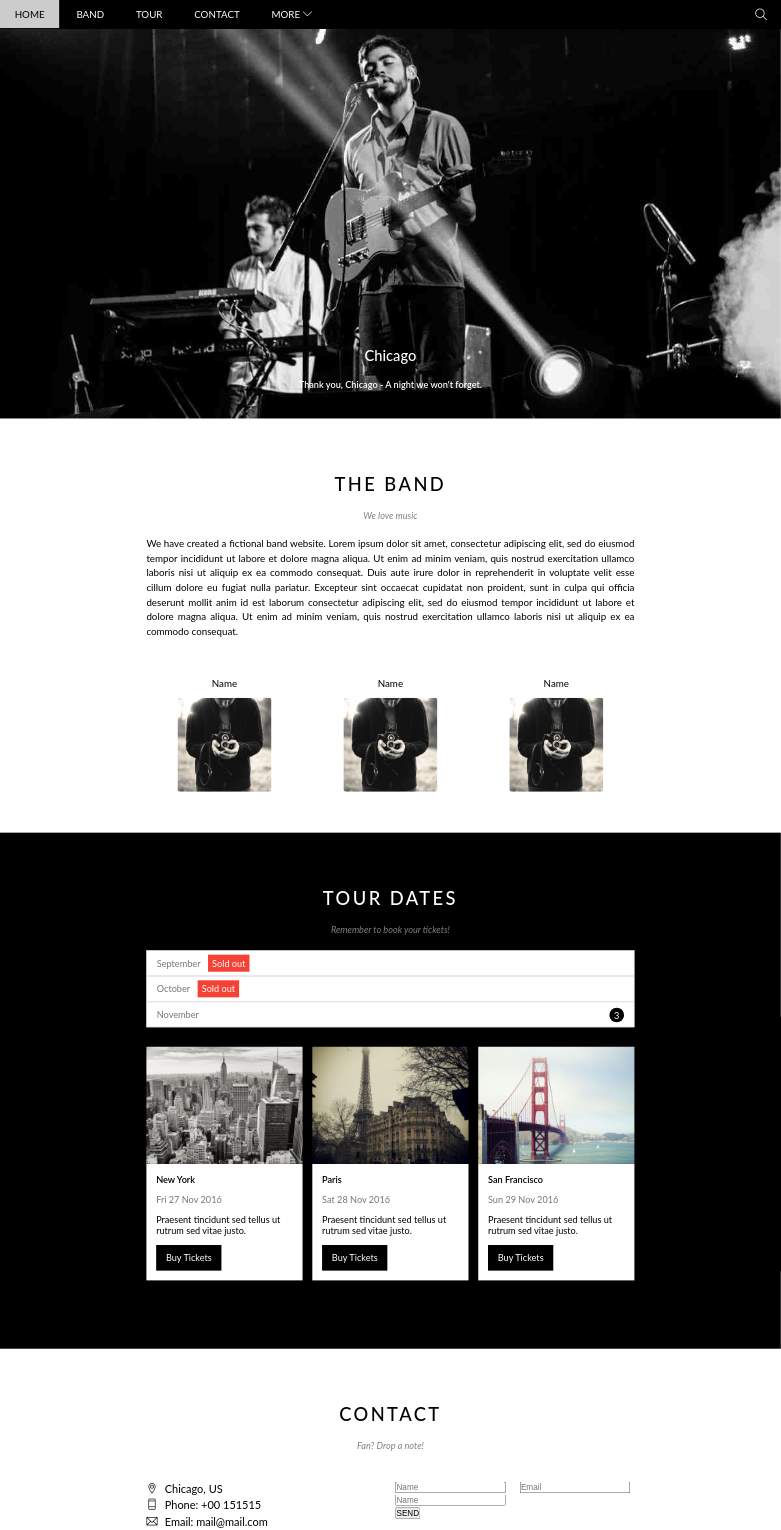
Repository: tatvanhco/web-dau-tay
Page: index.html
An editor plug-in stored every save of this project. The page is shown before and after the next save, followed by the edit.
The browser window is 1280 px wide. The pictures show the whole page, at 61% of full size.

Above is the page before, as saved 2022-01-23 21:22:33.

### index.html
<!DOCTYPE html>
<html lang="en">
<head>
    <meta charset="UTF-8">
    <!-- <meta http-equiv="X-UA-Compatible" content="IE=edge"> -->
    <meta name="viewport" content="width=device-width, initial-scale=1.0">
    <title>the band</title>
    <link rel="shortcut icon" href="./assets/img/band/logo.png" type="image/x-icon">
    <link rel="stylesheet" href="./assets/fronts/themify-icons/themify-icons.css">
    <link rel="stylesheet" href="./assets/css/style.css">
    <link rel="stylesheet" href="./assets/css/responsive.css">
</head>
<body>
    <div id="main">
        <div id="header">
            <ul id="nav">
                <li><a href="#">home</a></li>
                <li><a href="#">band</a></li>
                <li><a href="#">tour</a></li>
                <li><a href="#">contact</a></li>
                <li>
                    <a href="#">more
                        <i class="drop-down ti-angle-down"></i>
                    </a>
                    <div class="subnav">
                        <ul>
                            <li><a href="">Merchandise</a></li>
                            <li><a href="">Extras</a></li>
                            <li><a href="">Media</a></li>
                        </ul>
                    </div>
                </li>
            </ul>
            <div class="search-btn">
                <i class="search-icon ti-search"></i>
            </div>
        </div>
        <div id="slide">
            <div class="text-content">
                <h2 class="text-heading">Chicago</h2>
                <div class="text-desc">Thank you, Chicago - A night we won't forget.</div>
            </div>
        </div>
        <div id="content">
            <div class="content-section">
                <h2 class="section-heading">THE BAND</h2>
                <p class="section-sub-heading">We love music</p>
                <p class="about">
                    We have created a fictional band website. Lorem ipsum dolor sit amet, consectetur adipiscing elit, sed do eiusmod tempor incididunt ut labore et dolore magna aliqua. Ut enim ad minim veniam, quis nostrud exercitation ullamco laboris nisi ut aliquip ex ea commodo consequat. Duis aute irure dolor in reprehenderit in voluptate velit esse cillum dolore eu fugiat nulla pariatur. Excepteur sint occaecat cupidatat non proident, sunt in culpa qui officia deserunt mollit anim id est laborum consectetur adipiscing elit, sed do eiusmod tempor incididunt ut labore et dolore magna aliqua. Ut enim ad minim veniam, quis nostrud exercitation ullamco laboris nisi ut aliquip ex ea commodo consequat.
                </p>
                <div class="row team">
                    <div class="col col-3 text-center">
                        <p class="team-name">Name</p>
                        <img src="./assets/img/band/member.jpg" class="team-img">
                    </div>

                    <div class="col col-3 text-center">
                        <p class="team-name">Name</p>
                        <img src="./assets/img/band/member.jpg" class="team-img">
                    </div>

                    <div class="col col-3 text-center">
                        <p class="team-name">Name</p>
                        <img src="./assets/img/band/member.jpg" class="team-img">
                    </div>
                </div>
                <div class="clear"></div>
            </div>

            <div class="tour-section">
                <div class="content-section">
                    <h2 class="text-white section-heading">TOUR DATES</h2>
                    <p class="text-white section-sub-heading">Remember to book your tickets!</p>
                    <ul class="ticket-list">
                        <li>September<span class="soldout">Sold out</span></li>
                        <li>October<span class="soldout">Sold out</span></li>
                        <li>November<span class="quatity">3</span></li>
                    </ul>
                    <div class="row place-list">
                        <div class="col col-3">
                            <img src="./assets/img/places/place1.jpg" class="place-img">
                            <div class="place-body">
                                <h3 class="place-heading">New York</h3>
                                <p class="place-time">Fri 27 Nov 2016</p>
                                <p class="place-desc">Praesent tincidunt sed tellus ut rutrum sed vitae justo.</p>
                                <a href="#" class="place-buy-btn">Buy Tickets</a>
                            </div>
                        </div>
                        <div class="col col-3">
                            <img src="./assets/img/places/place2.jpg" class="place-img">
                            <div class="place-body">
                                <h3 class="place-heading">Paris</h3>
                                <p class="place-time">Sat 28 Nov 2016</p>
                                <p class="place-desc">Praesent tincidunt sed tellus ut rutrum sed vitae justo.</p>
                                <a href="#" class="place-buy-btn">Buy Tickets</a>
                            </div>
                        </div>
                        <div class="col col-3">
                            <img src="./assets/img/places/place3.jpg" class="place-img">
                            <div class="place-body">
                                <h3 class="place-heading">San Francisco</h3>
                                <p class="place-time">Sun 29 Nov 2016</p>
                                <p class="place-desc">Praesent tincidunt sed tellus ut rutrum sed vitae justo.</p>
                                <a href="#" class="place-buy-btn">Buy Tickets</a>
                            </div>
                        </div>
                        <div class="clear"></div>
                    </div>
                </div>
            </div>

            <div class="content-section">
                <h2 class="section-heading">CONTACT</h2>
                <p class="section-sub-heading">Fan? Drop a note!</p>
                <div class="row contact-content">
                    <div class="col col-2 contact-info">
                        <p><i class="ti-location-pin"></i>Chicago, US</p>
                        <p><i class="ti-mobile"></i>Phone: +00 151515</p>
                        <p><i class="ti-email"></i>Email: mail@mail.com</p>
                    </div>
                    <div class="col col-2">
                        <form action="">
                            <div class="row">
                                <div class="col col-2">
                                    <input type="text" placeholder="Name" class="form-control">
                                </div>
                                <div class="col col-2">
                                    <input type="email" placeholder="Email" class="form-control">
                                </div>
                            </div>
                            <div class="row">
                                <div class="col col-full">
                                    <input type="text" placeholder="Name" class="form-control">
                                </div>
                            </div>
                            <input type="submit" value="SEND">
                        </form>
                    </div>
                </div>
            </div>

        </div>

        <div id="footer">

        </div>
    </div>
</body>
</html>

### assets/css/style.css
/* reset trang */
* {
    margin: 0;
    padding: 0;
    box-sizing: border-box;
}

body {
    font-family: "Lato", sans-serif;
}
/* dùng chung */
.clear {
    clear: both;
}

.text-white {
    color: #fff !important;
}

.text-center {
    text-align: center;
}

.row {
    margin-left: -8px;
    margin-right: -8px;
}

.col {
    float: left;
    padding-left: 8px;
    padding-right: 8px;
}

.col-3 {
    width: 33.33333%;
}

.col-2 {
    width: 50%;
}

.col-full {
    width: 100%;
}
/* css từng thành phần */
#header {
    width: 100%;
    height: 46px;
    background-color: #000;
    position: fixed;
    top: 0;
    left: 0;
    right: 0;
    z-index: 1;
}
#nav {
    display: inline-block;
}

#nav > li {
    display: inline-block;
}

#nav li {
    position: relative;
    list-style-type: none;
}

#nav > li > a {
    color: #fff;
    text-transform: uppercase;
}

#nav li a {
    text-decoration: none;
    padding: 0 24px;
    line-height: 46px;
    display: block;

}

#nav li:hover .subnav {
    display: block;
}

#nav .subnav li:hover a,
#nav > li:hover > a {
    background-color: #ccc;
    color: #000;
}

#nav .subnav {
    display: none;
    min-width: 160px;
    position: absolute;
    top: 100%;
    left: 0;
    background-color: #fff;
    box-shadow: 0 0 10px rgba(0, 0, 0, 0.3);
}

#nav .subnav a {
    color: #000;
    padding: 0px 24px;
    line-height: 38px;
}

#header .search-btn {
    float: right;
    padding: 0 22px;
    cursor: pointer;
}

#header .search-btn:hover {
    background-color: #f44336;
}

#header .search-icon {
    color: #fff;
    font-size: 20px;
    line-height: 46px;
}

#slide {
    position: relative;
    margin-top: 46px;
    padding-top: 50%;
    background: url(/assets/img/slider/chicago.jpg) top center / cover no-repeat;
}

#slide .text-content {
    color: #fff;
    position: absolute;
    bottom: 47px;
    /* cách canh giữa
    left: 50%;
    transform: translateX(-50%); */
    width: 100%;
    text-align: center;
}

#slide .text-heading {
    font-weight: 500;
    font-size: 24px;
}

#slide .text-desc {
    font-weight: 600;
    margin-top: 25px;
    font-size: 15px;
}

#content {

}

#content .content-section {
    max-width: 800px;
    margin-left: auto;
    margin-right: auto;
    padding: 64px 0;
}

#content .section-heading,
#content .section-sub-heading {
    text-align: center;
    margin: 25px 0;
}

#content .section-heading {
    font-size: 30px;
    font-weight: 500;
    letter-spacing: 4px;
}

#content .section-sub-heading {
    font-size: 15px;
    opacity: 0.5;
    font-style: italic;
}

#content .about {
    text-align: justify;
    line-height: 1.5;
}

#content .team {
    margin-top: 48px;
}

#content .team-name {
    margin: 15px 0;
}

#content .team-img {
    width: 60%;
    border-radius: 4px;
    text-align: center;
}

.tour-section {
    background-color: #000;
}

.ticket-list {
    background-color: #fff;
}

.ticket-list li {
    color: #757575;
    list-style-type: none;
    font-size: 15px;
    border: 1px solid #ddd;
    padding: 11px 16px;
}

.ticket-list .soldout {
    color: #fff;
    margin-left: 12px;
    padding: 5px 7px;
    background-color: #f44336;
}

.ticket-list .quatity {
    float: right;
    width: 24px;
    height: 24px;
    border-radius: 50%;
    background-color: #000;
    color: #fff;
    text-align: center;
    line-height: 24px;
    margin-top: -2px;
}

.place-list {
    /* margin: 32px 48px; */
    margin-top: 32px;
    margin-bottom: 48px;
}

.place-img {
    width: 100%;
    display: block;
}

.place-img:hover {
    opacity: 0.6;
}

.place-body {
    background-color: #fff;
    padding: 16px;
    font-size: 15px;
}

.place-heading {
    font-size: 15px;
    font-weight: 600;
}

.place-time {
    color: #757575;
    margin-top: 15px;
}

.place-desc {
    margin-top: 15px;
}

.place-buy-btn {
    color: #fff;
    background-color: #000;
    text-decoration: none;
    padding: 12px 16px;
    margin-top: 15px;
    display: inline-block;
}

.place-buy-btn:hover {
    color: #000;
    background-color: #ccc;
}

/* contact-form */
.contact-content {
    margin-top: 48px;

}

.contact-info {
    font-size: 18px;
    line-height: 1.5;
}

.contact-info i[class*="ti-"] {
    width: 30px;
    display: inline-block;
}

.contact-form {
    font-size: 15px;
}

.contact-form .form-control {
    padding: 10px;
    border: 1px solid #ccc;
    width: 100%;
}

Loaded but not shown: assets/fronts/themify-icons/themify-icons.css (common file); assets/css/responsive.css (no copy from this time; the picture is the same without it)

After the next save:
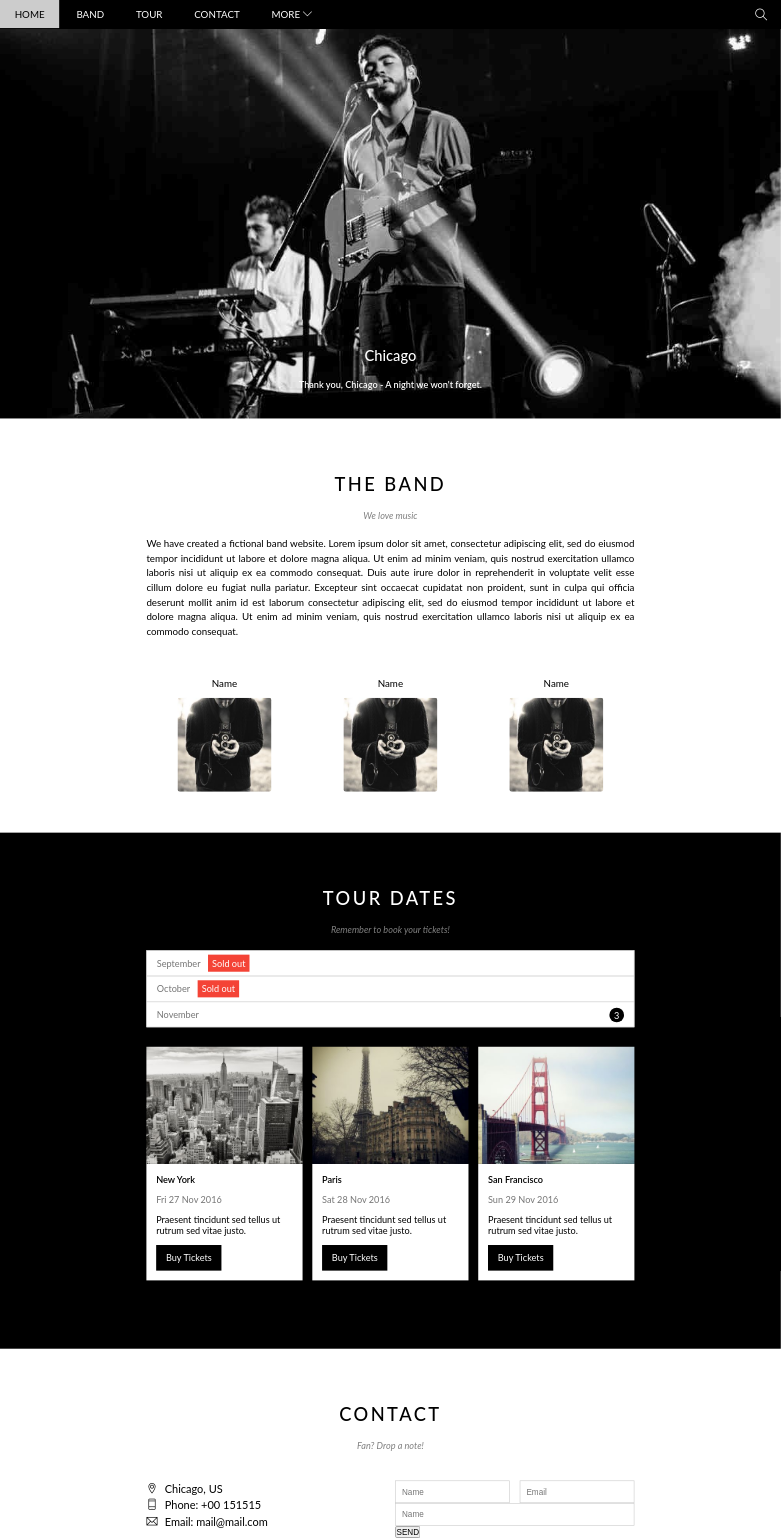
Saved 72 s later.
--- a/index.html
+++ b/index.html
@@ -118,7 +118,7 @@
                         <p><i class="ti-mobile"></i>Phone: +00 151515</p>
                         <p><i class="ti-email"></i>Email: mail@mail.com</p>
                     </div>
-                    <div class="col col-2">
+                    <div class="col col-2 contact-form">
                         <form action="">
                             <div class="row">
                                 <div class="col col-2">
